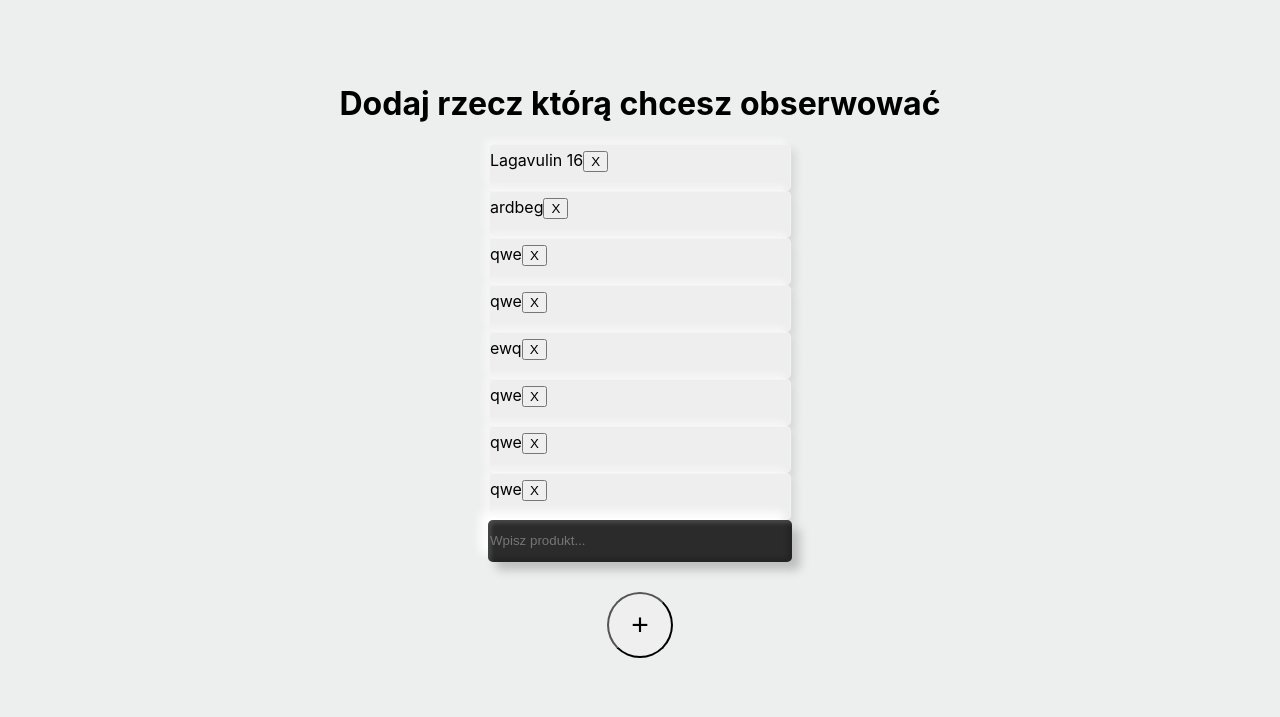
Repository: matedoo/crawler
Page: /MainApp
These files come from the project's save history. The page is drawn as it stood at one moment and after the next save; the edit follows.
The browser window is 1280 px wide. The pictures show the whole page.
The project was rebuilt for these pictures with package versions that can differ from the ones it lists, and the page was loaded fresh each time. Requests to the local data server were answered from the project's data file. Also part of the build but not shown: src/Components/button.js, src/Components/LoginComponents/LoginApp.js, src/Components/LoginComponents/RegisterApp.js, src/Components/btnContainer.js, src/Components/heading.js, src/Components/LoginComponents/StartApp.js.

Above is the page before, as saved 2020-05-01 18:18:55.

After the next save:
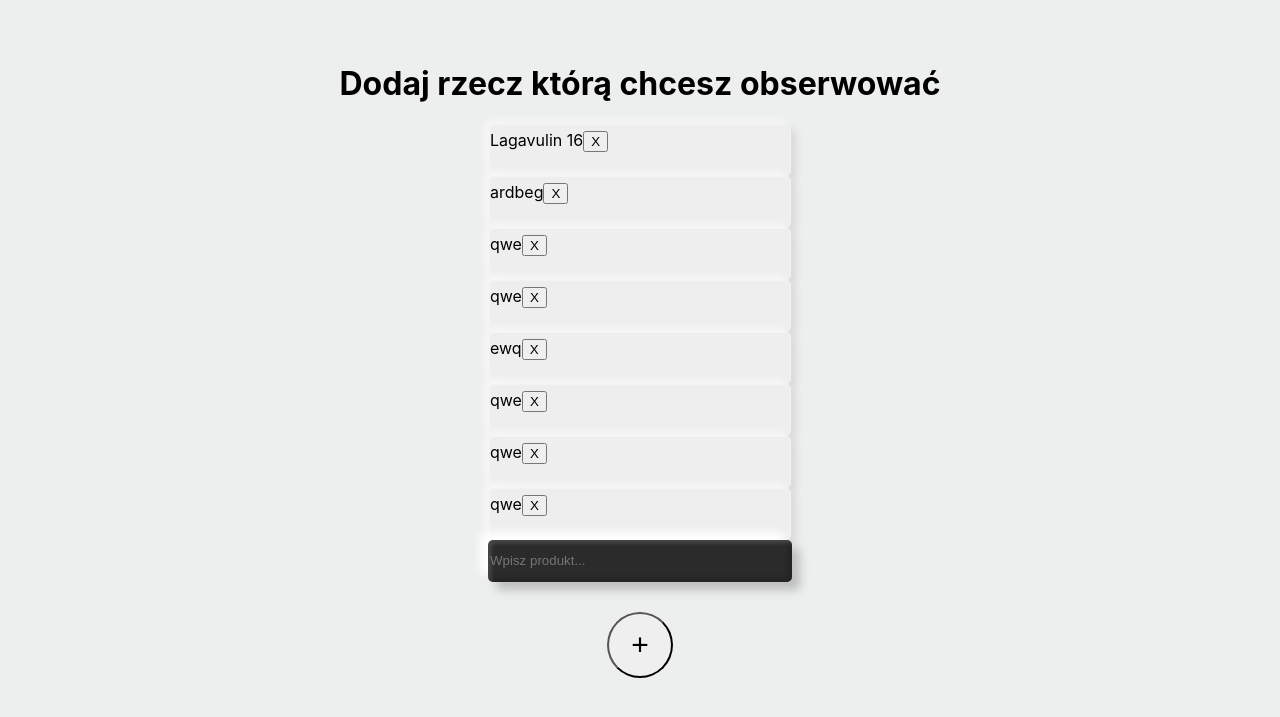
Saved 15 s later.
--- a/src/Components/MainApp/MainAppElement.js
+++ b/src/Components/MainApp/MainAppElement.js
@@ -18,6 +18,7 @@ const ElementStyled = styled.div`
   width: 300px;
   height: 40px;
   padding-top: 5px;
+  padding-bottom: 5px;
   border-radius: 5px;
   box-shadow: -5px -5px 7px 0 rgba(255, 255, 255, 0.5), 5px 5px 7px 0 rgba(194, 193, 192, 0.45);
   border: solid 1px rgba(255, 255, 255, 0.3);
